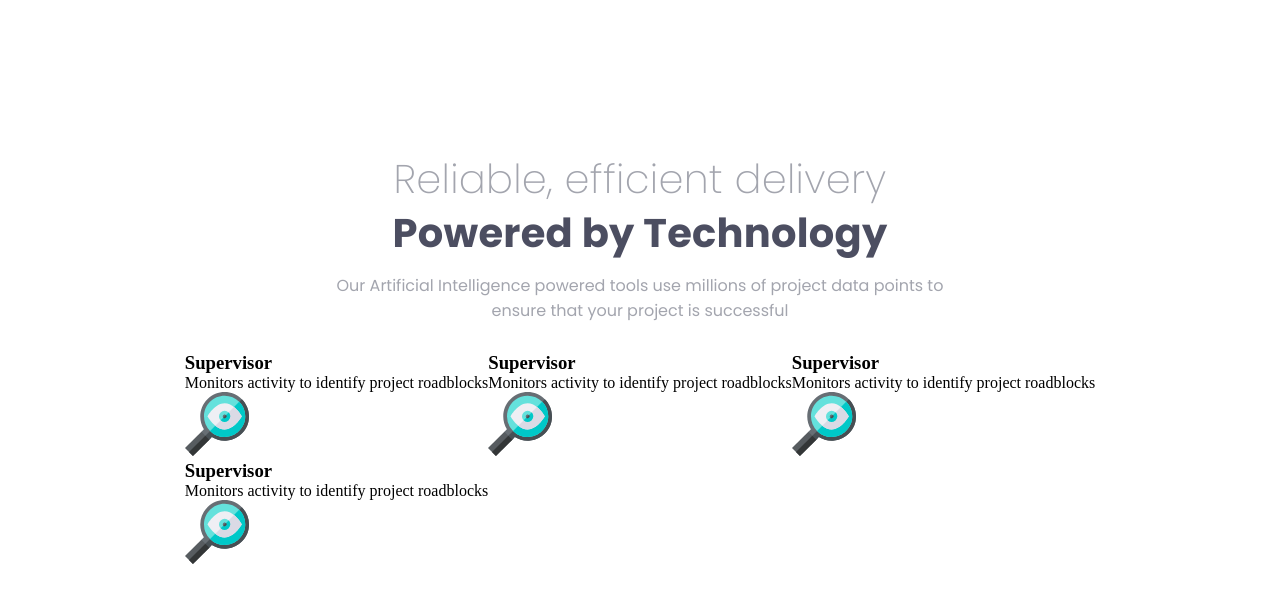
Repository: brandontaylor1/four-card-feature
Page: index.html
An editor plug-in stored every save of this project. The page is shown before and after the next save, followed by the edit.
The browser window is 1280 px wide. The pictures show the whole page.

Above is the page before, as saved 2025-01-09 22:49:59.

After the next save:
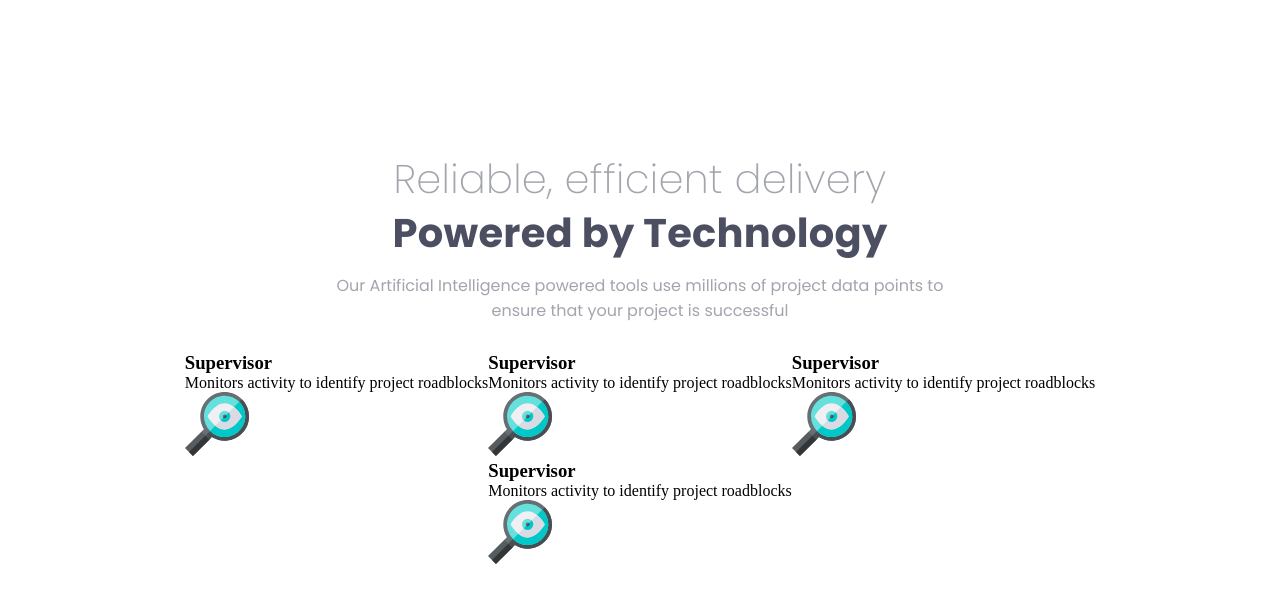
Saved 59 s later.
--- a/index.html
+++ b/index.html
@@ -30,8 +30,6 @@
                     <p>Monitors activity to identify project roadblocks</p>
                     <img src="./assets/images/icon-supervisor.svg" alt="Supervisor Icon">
                 </div>
-            </div>
-            <div class="card-column">
                 <div class="card">
                     <h3>Supervisor</h3>
                     <p>Monitors activity to identify project roadblocks</p>
